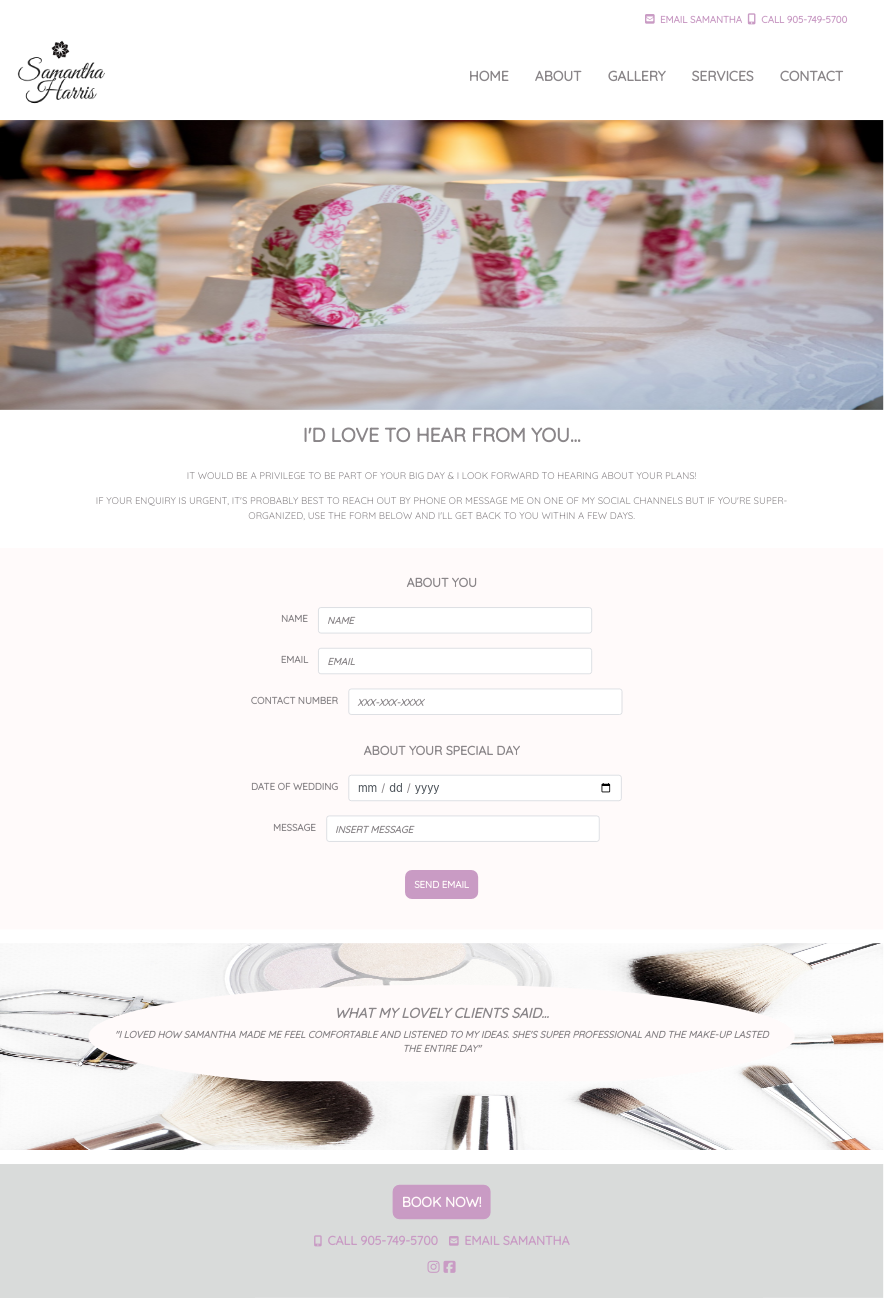
Repository: JayneyNix/milestone-1-UCFD
Page: contact.html
The author's editor kept a record of every edit. The page is drawn from the files as they stood at one moment, then again after the next edit.
The browser window is 1280 px wide. The page is 1295 px wide, so the pictures cover 1295 px, including what lies to the right of the window. The pictures show the whole page, at 69% of full size.
Some web libraries are served in a nearby version.

Above is the page before.

After the next edit:
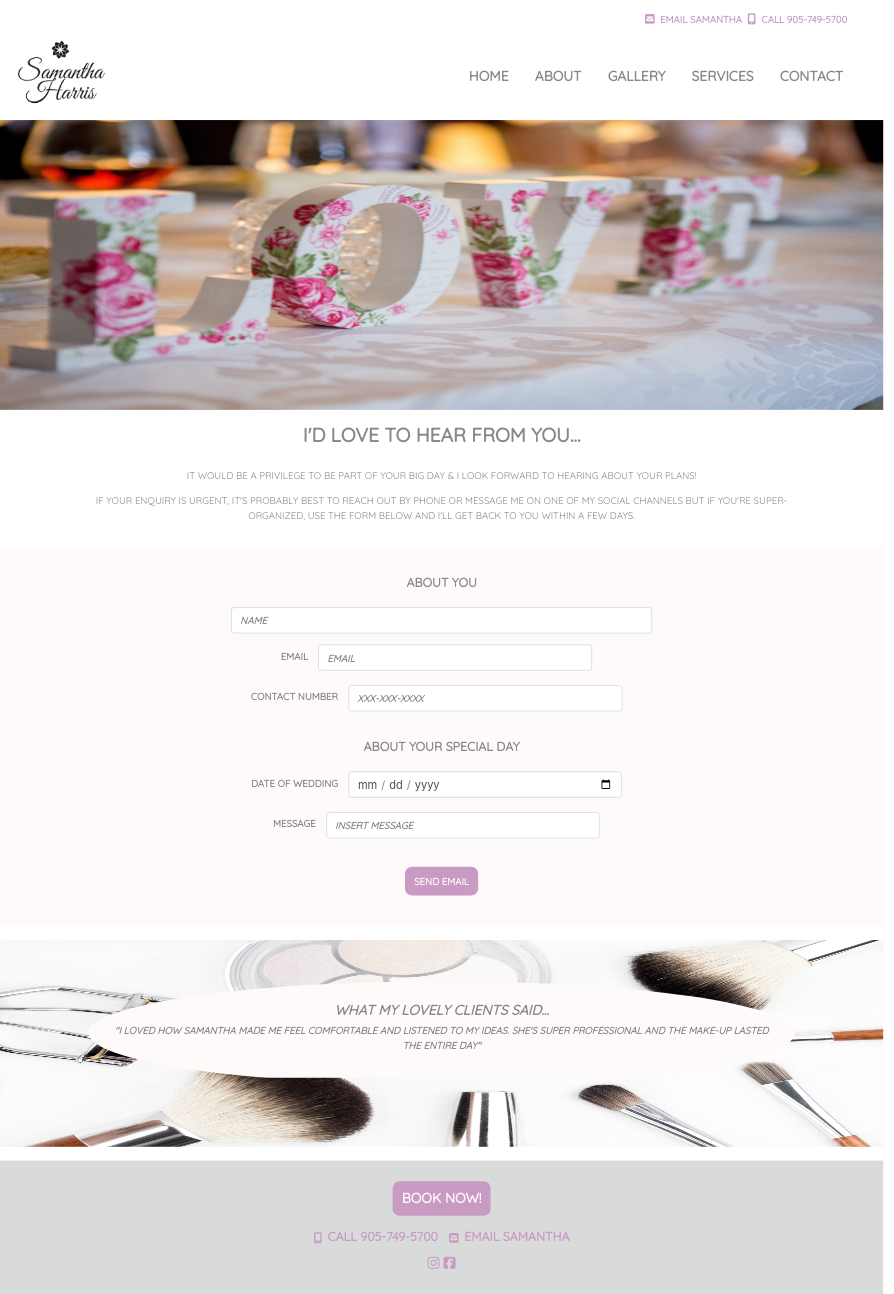
The edit:
--- a/contact.html
+++ b/contact.html
@@ -107,8 +107,8 @@
         </div>
         <div class="container-fluid">
             <div class="form-group row justify-content-center">
-                <label for="name"> <h5 class="h5 headings col-4-offset-6 col-form-label">Name</h5></label>
-                <div class="col-4">
+
+                <div class="col-6">
                     <input type="text" class="form-control" id="name" placeholder="Name">
                 </div>
             </div>
